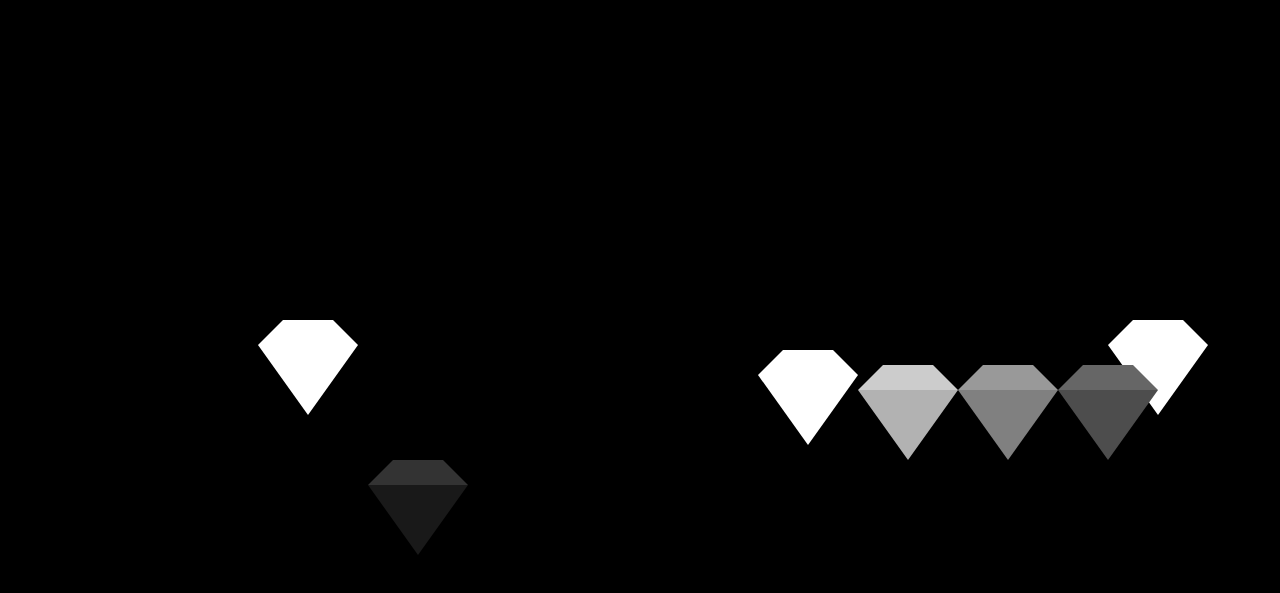
Repository: steil881/steil881.github.io
Page: lab/composition/final/index.html
The author's editor kept a record of every edit. The page is drawn from the files as they stood at one moment, then again after the next edit.
The browser window is 1280 px wide. The pictures show the whole page.

Above is the page before.

After the next edit:
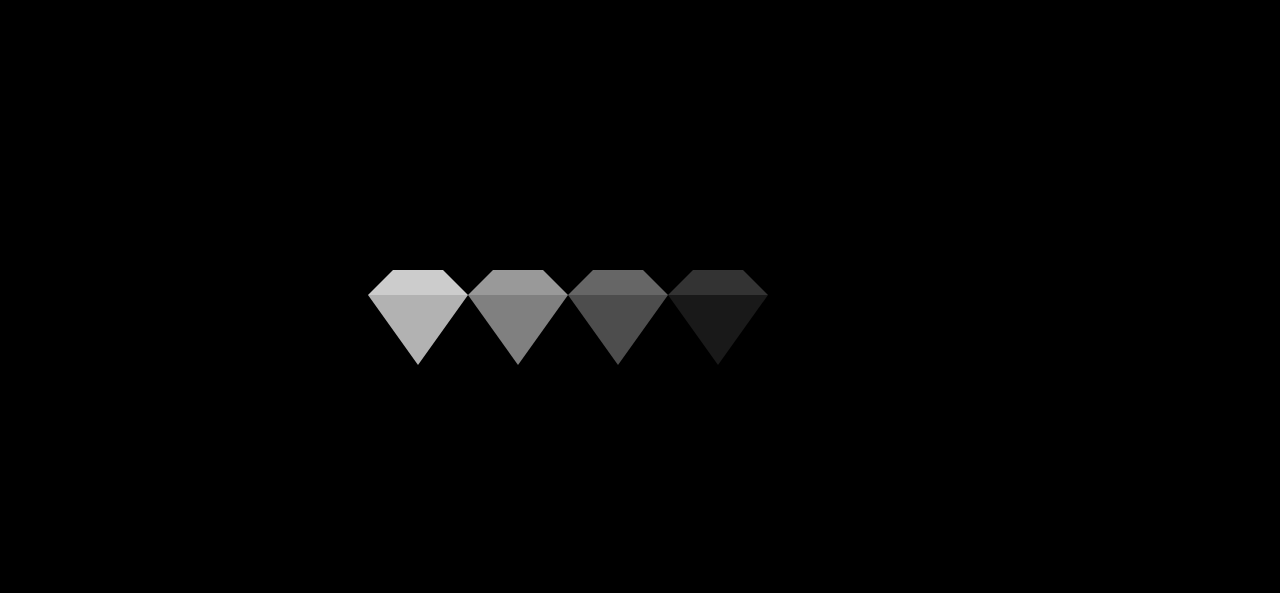
The edit:
--- a/lab/composition/final/index.html
+++ b/lab/composition/final/index.html
@@ -5,7 +5,7 @@
     </head>
 
     <body>
-        <div class="container">
+        <div class="containerone">
             <div class="hidden r1"></div>
             <div class="hidden r2"></div>
             <div class="hidden r3"></div>
